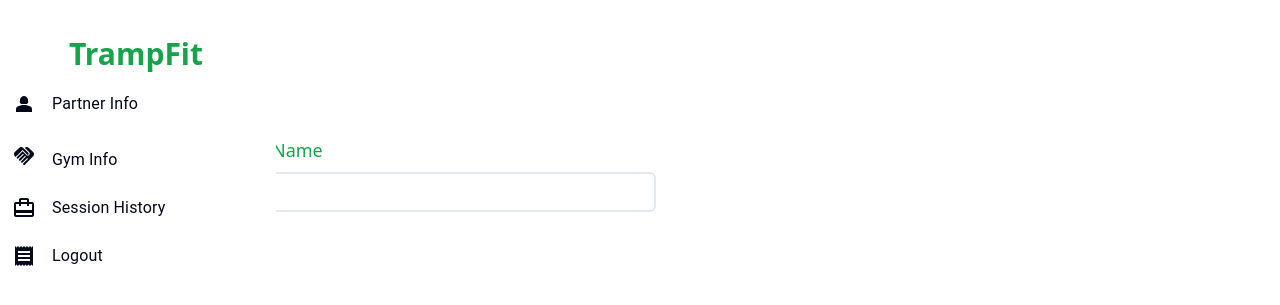
Repository: ezioxatul/TrampFit-Website
Page: /partner/partnerDashboard/gymInfo (app in Frontend/)
The author's editor kept a copy of each file at every save. The page is drawn from the files as they stood at one save, then again after the next save.
The browser window is 1280 px wide. The pictures show the whole page.
The project was rebuilt for these pictures with package versions that can differ from the ones it lists, and the page was loaded fresh each time. The framework's server and built-in components were replaced by stand-ins that run in the browser. Also part of the build but not shown: Frontend/next.config.js, Frontend/next.config.mjs, Frontend/components/Loader.js, Frontend/components/Popup.js.

Above is the page before, as saved 2024-05-16 18:25:29.

### Frontend/pages/_app.js
import Loader from "@/components/Loader";
import "@/styles/globals.css";
import { useRouter } from "next/router";
import { useEffect, useState } from "react";


const Loading = () => {

  return (
    <Loader/>
  );
}

export default function App({ Component, pageProps }) {

  const [loading, setLoading] = useState(false);
  const router = useRouter();

  useEffect(() => {
    const handleStart = () => setLoading(true);
    const handleComplete = () => setLoading(false);

    router.events.on('routeChangeStart', handleStart);
    router.events.on('routeChangeComplete', handleComplete);
    router.events.on('routeChangeError', handleComplete);

    return () => {
      router.events.off('routeChangeStart', handleStart);
      router.events.off('routeChangeComplete', handleComplete);
      router.events.off('routeChangeError', handleComplete);
    };
  }, []);

  return (
    <>
    <div className="h-2">
      {
        loading  &&
          <Loading />

      }
      </div>
          <Component {...pageProps} />

    </>
  );
}

### Frontend/pages/_document.js
import { Html, Head, Main, NextScript } from "next/document";

export default function Document() {
  return (
    <Html lang="en">
          <Head />
          <body>
            <Main />
            <NextScript />
          </body>
        </Html>
        );
}

### Frontend/pages/partner/partnerDashboard/gymInfo.js
import PartnerSideBar from "@/components/PartnerSideBar";
import { Input } from "@/components/ui/input";
import { Label } from "@/components/ui/label";

export default function gymInfo() {
    const inputClassName = "w-96 text-lg border-2";
    const labelClassName = "text-lg text-green-600 font-normal";
    const containerClassName = "ml-80";
  return (
    <>
      <div className="flex">
        <PartnerSideBar />
        <div className="mt-32">
        <div className="mr-32 space-y-2">
          <Label htmlFor="name" className={labelClassName}>
            Name
          </Label>
          <Input type="text" className={inputClassName} />
        </div>
      </div>
      </div>
    </>
  );
}

### Frontend/styles/globals.css
@tailwind base;
@tailwind components;
@tailwind utilities;


@layer base {
  :root {
    --background: 0 0% 100%;
    --foreground: 222.2 84% 4.9%;

    --card: 0 0% 100%;
    --card-foreground: 222.2 84% 4.9%;

    --popover: 0 0% 100%;
    --popover-foreground: 222.2 84% 4.9%;

    --primary: 222.2 47.4% 11.2%;
    --primary-foreground: 210 40% 98%;

    --secondary: 210 40% 96.1%;
    --secondary-foreground: 222.2 47.4% 11.2%;

    --muted: 210 40% 96.1%;
    --muted-foreground: 215.4 16.3% 46.9%;

    --accent: 210 40% 96.1%;
    --accent-foreground: 222.2 47.4% 11.2%;

    --destructive: 0 84.2% 60.2%;
    --destructive-foreground: 210 40% 98%;

    --border: 214.3 31.8% 91.4%;
    --input: 214.3 31.8% 91.4%;
    --ring: 222.2 84% 4.9%;

    --radius: 0.5rem;
  }

  .dark {
    --background: 222.2 84% 4.9%;
    --foreground: 210 40% 98%;

    --card: 222.2 84% 4.9%;
    --card-foreground: 210 40% 98%;

    --popover: 222.2 84% 4.9%;
    --popover-foreground: 210 40% 98%;

    --primary: 210 40% 98%;
    --primary-foreground: 222.2 47.4% 11.2%;

    --secondary: 217.2 32.6% 17.5%;
    --secondary-foreground: 210 40% 98%;

    --muted: 217.2 32.6% 17.5%;
    --muted-foreground: 215 20.2% 65.1%;

    --accent: 217.2 32.6% 17.5%;
    --accent-foreground: 210 40% 98%;

    --destructive: 0 62.8% 30.6%;
    --destructive-foreground: 210 40% 98%;

    --border: 217.2 32.6% 17.5%;
    --input: 217.2 32.6% 17.5%;
    --ring: 212.7 26.8% 83.9%;
  }
}

@layer base {
  * {
    @apply border-border;
  }
  body {
    @apply bg-background text-foreground;
  }
}


.outline_remove:focus{


}
.focus-visible\:ring-offset-2:focus-visible{
  border:none !important;
  outline: none !important;
  border-style: none;
}

### Frontend/components/PartnerSideBar.js
import List from '@mui/material/List';
import ListItemButton from '@mui/material/ListItemButton';
import ListItemText from '@mui/material/ListItemText';
import Person2Icon from '@mui/icons-material/Person2';
import HandshakeIcon from '@mui/icons-material/Handshake';
import CardTravelIcon from '@mui/icons-material/CardTravel';
import ReceiptIcon from '@mui/icons-material/Receipt';
import LogoutIcon from '@mui/icons-material/Logout';

import { useState } from 'react';
import Link from 'next/link';
import Popup from './Popup';
import { useRouter } from 'next/router';

export default function PartnerSideBar() {

    let SideBarHeading = ['Partner Info', 'Gym Info', 'Session History', 'Logout'];

    let router = useRouter();
    let [start, setStart] = useState(false);

    const logout = () => {
        setStart(!start);
    }


    const logoutEvent = () => {
        localStorage.removeItem('partnerToken');
        setStart(false);
        router.push('/partner/partnerLogin')
    }
    return (
        <>
            <div className=" w-72  m-[-8px] p-1  mb-10">
                <Link href="#"><h1 className=' text-green-600 text-3xl font-semibold text-center mt-8 cursor-pointer'>TrampFit</h1></Link>

                <List className='bg-white mt-8 ml-6 space-y-2'>
                    {
                        SideBarHeading.map((text, index) => {
                            return (
                                index === 1 ?
                                    <>

                                        <ListItemButton className=' space-x-4 flex justify-between hover:bg-green-100 hover:rounded-2xl hover:text-green-600'>
                                            <Link href="/partner/partnerDashboard/gymInfo" className='flex space-x-4 '>
                                                <HandshakeIcon className='text-2xl' />
                                                <ListItemText primary={text} />
                                            </Link>
                                        </ListItemButton>

                                    </> :
                                    index === 0 ?
                                        <Link href="/partner/partnerDashboard/partnerInfo">
                                            <ListItemButton className=' space-x-4 hover:bg-green-100 hover:rounded-2xl hover:text-green-600'>
                                                <Person2Icon className='text-2xl' />
                                                <ListItemText primary={text} />
                                            </ListItemButton>
                                        </Link> :
                                        index === 2 ?
                                            <Link href="#">
                                                <ListItemButton className=' space-x-4 hover:bg-green-100 hover:rounded-2xl hover:text-green-600'>
                                                    <CardTravelIcon className='text-2xl' />
                                                    <ListItemText primary={text} />
                                                </ListItemButton>
                                            </Link> :
                                            index === 3 ?
                                                <Link href="#">
                                                    <ListItemButton className=' space-x-4 hover:bg-green-100 hover:rounded-2xl hover:text-green-600'>
                                                        <ReceiptIcon className='text-2xl' />
                                                        <ListItemText primary={text} />
                                                    </ListItemButton>
                                                </Link> :
                                                <ListItemButton className=' space-x-4 hover:bg-green-100 hover:rounded-2xl hover:text-green-600' onClick={logout}>
                                                    <LogoutIcon className='text-2xl' />
                                                    <ListItemText primary={text} />
                                                    <Popup open={start} title={"Do you Really want to Logout?"} cancel="Cancel" logout="Logout" logoutEvent={logoutEvent} cancelEvent={logout} />
                                                </ListItemButton>
                            )
                        })
                    }
                </List>
            </div>
        </>
    );
}

### Frontend/tailwind.config.js
/** @type {import('tailwindcss').Config} */
module.exports = {
  darkMode: ["class"],
  content: [
    './pages/**/*.{js,jsx}',
    './components/**/*.{js,jsx}',
    './app/**/*.{js,jsx}',
    './src/**/*.{js,jsx}',
  ],
  prefix: "",
  theme: {
    container: {
      center: true,
      padding: "2rem",
      screens: {
        "2xl": "1400px",
      },
    },
    extend: {fontFamily: {
      play: ["Play", "sans-serif"],
    },
      colors: {
        border: "hsl(var(--border))",
        input: "hsl(var(--input))",
        ring: "hsl(var(--ring))",
        background: "hsl(var(--background))",
        foreground: "hsl(var(--foreground))",
        primary: {
          DEFAULT: "hsl(var(--primary))",
          foreground: "hsl(var(--primary-foreground))",
        },
        secondary: {
          DEFAULT: "hsl(var(--secondary))",
          foreground: "hsl(var(--secondary-foreground))",
        },
        destructive: {
          DEFAULT: "hsl(var(--destructive))",
          foreground: "hsl(var(--destructive-foreground))",
        },
        muted: {
          DEFAULT: "hsl(var(--muted))",
          foreground: "hsl(var(--muted-foreground))",
        },
        accent: {
          DEFAULT: "hsl(var(--accent))",
          foreground: "hsl(var(--accent-foreground))",
        },
        popover: {
          DEFAULT: "hsl(var(--popover))",
          foreground: "hsl(var(--popover-foreground))",
        },
        card: {
          DEFAULT: "hsl(var(--card))",
          foreground: "hsl(var(--card-foreground))",
        },
      },
      borderRadius: {
        lg: "var(--radius)",
        md: "calc(var(--radius) - 2px)",
        sm: "calc(var(--radius) - 4px)",
      },
      keyframes: {
        "accordion-down": {
          from: { height: "0" },
          to: { height: "var(--radix-accordion-content-height)" },
        },
        "accordion-up": {
          from: { height: "var(--radix-accordion-content-height)" },
          to: { height: "0" },
        },
      },
      animation: {
        "accordion-down": "accordion-down 0.2s ease-out",
        "accordion-up": "accordion-up 0.2s ease-out",
      },
    },
  },
  plugins: [require("tailwindcss-animate")],
}

Loaded but not shown: Frontend/components/ui/input.jsx (common file); Frontend/components/ui/label.jsx (common file); Frontend/lib/utils.js (common file)

After the next save:
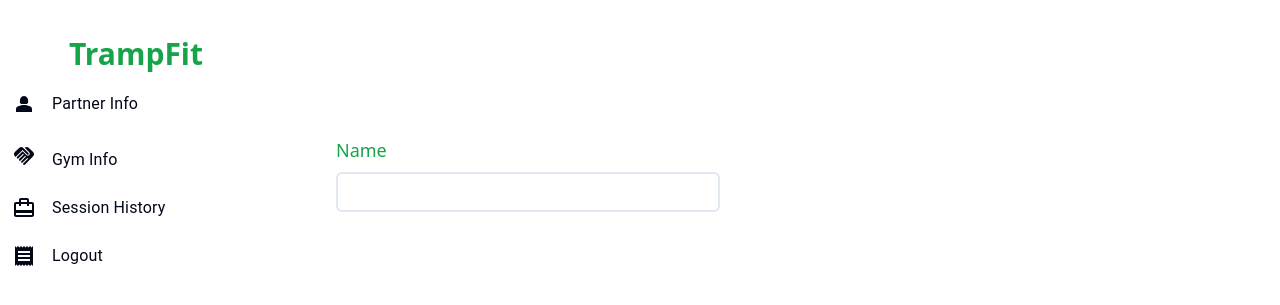
Saved 12 s later.
--- a/Frontend/pages/partner/partnerDashboard/gymInfo.js
+++ b/Frontend/pages/partner/partnerDashboard/gymInfo.js
@@ -10,7 +10,7 @@ export default function gymInfo() {
     <>
       <div className="flex">
         <PartnerSideBar />
-        <div className="mt-32">
+        <div className="mt-32 ml-16">
         <div className="mr-32 space-y-2">
           <Label htmlFor="name" className={labelClassName}>
             Name
